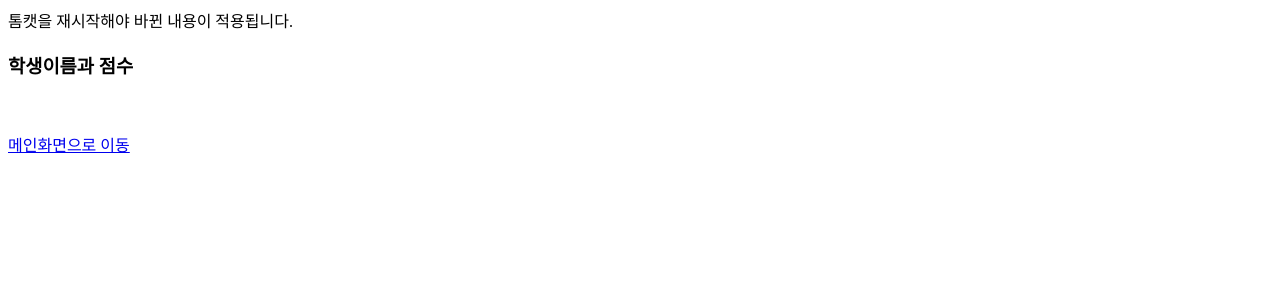
Repository: HeeJaeRA/Yedam
Page: http://localhost/helloWeb/LoginServlet
An editor plug-in stored every save of this project. The page is shown before and after the next save, followed by the edit.
The browser window is 1280 px wide. The pictures show the whole page.
The page is served by Tomcat 9.

Above is the page before, as saved 2023-10-24 01:22:55.

After the next save:
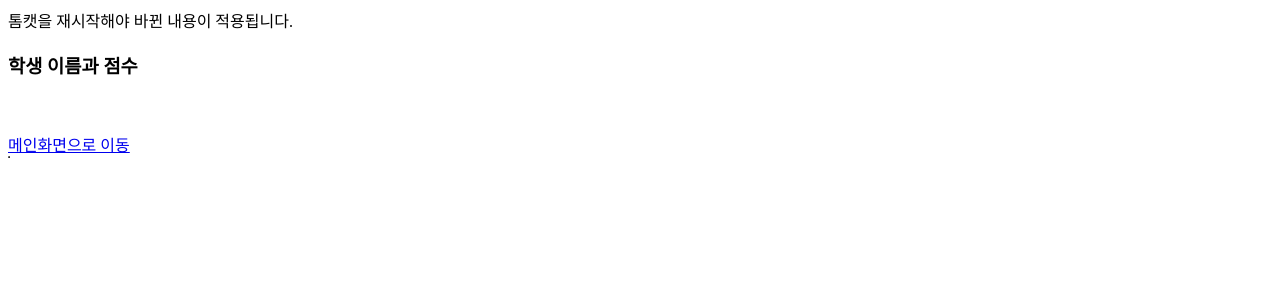
Saved 44 s later.
--- a/Dev/workspace/helloWeb/src/main/java/org/yedam/LoginServlet.java
+++ b/Dev/workspace/helloWeb/src/main/java/org/yedam/LoginServlet.java
@@ -32,8 +32,8 @@ public class LoginServlet extends HttpServlet {
 
 		out.print("톰캣을 재시작해야 바뀐 내용이 적용됩니다.");
 
-		out.print("<br><h3>학생이름과 점수</h3>");
-
+		out.print("<br><h3>학생 이름과 점수</h3>");
+		out.print("<table border = '1'><thead><tr>");
 		out.print("<br><br><a href = 'index.html'>메인화면으로 이동</a>");
 	}
 
